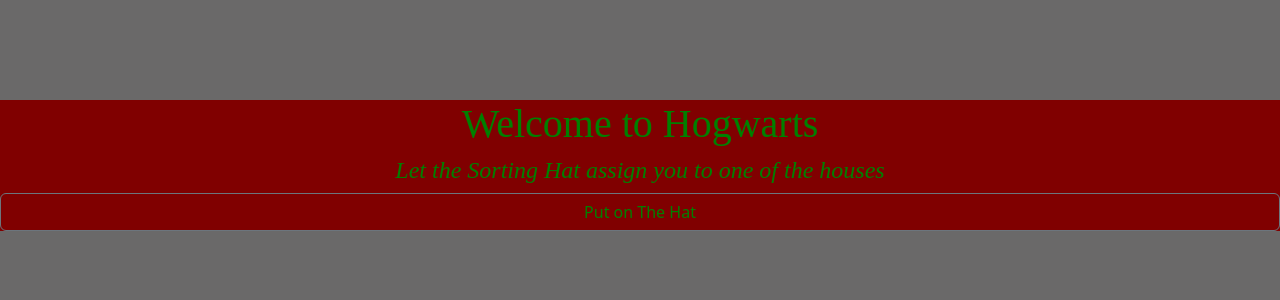
Repository: fernandabenavides618nash/INDIVIDUAL-PROJECT-sorting-hat
Page: index.html
An editor plug-in stored every save of this project. The page is shown before and after the next save, followed by the edit.
The browser window is 1280 px wide. The pictures show the whole page.

Above is the page before, as saved 2023-05-04 14:39:28.

After the next save:
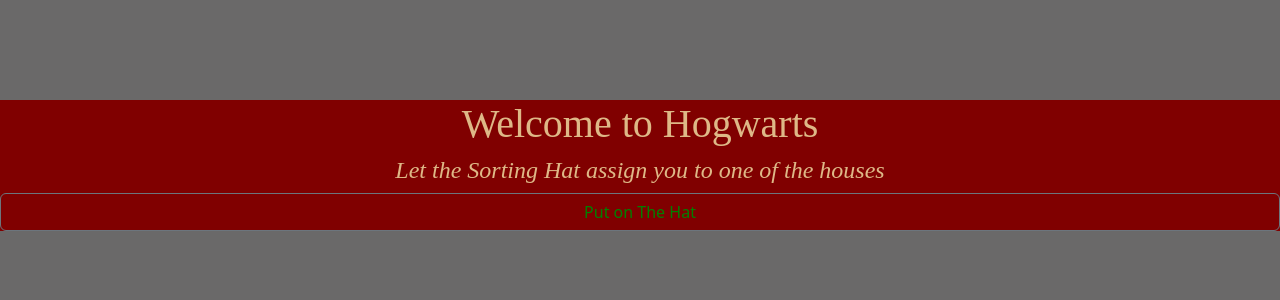
Saved 73 s later.
--- a/main.css
+++ b/main.css
@@ -24,6 +24,6 @@
   font-style: italic;
 }
 
-#intro-screen :last-child {
+#startButton {
   color: green;
 }
